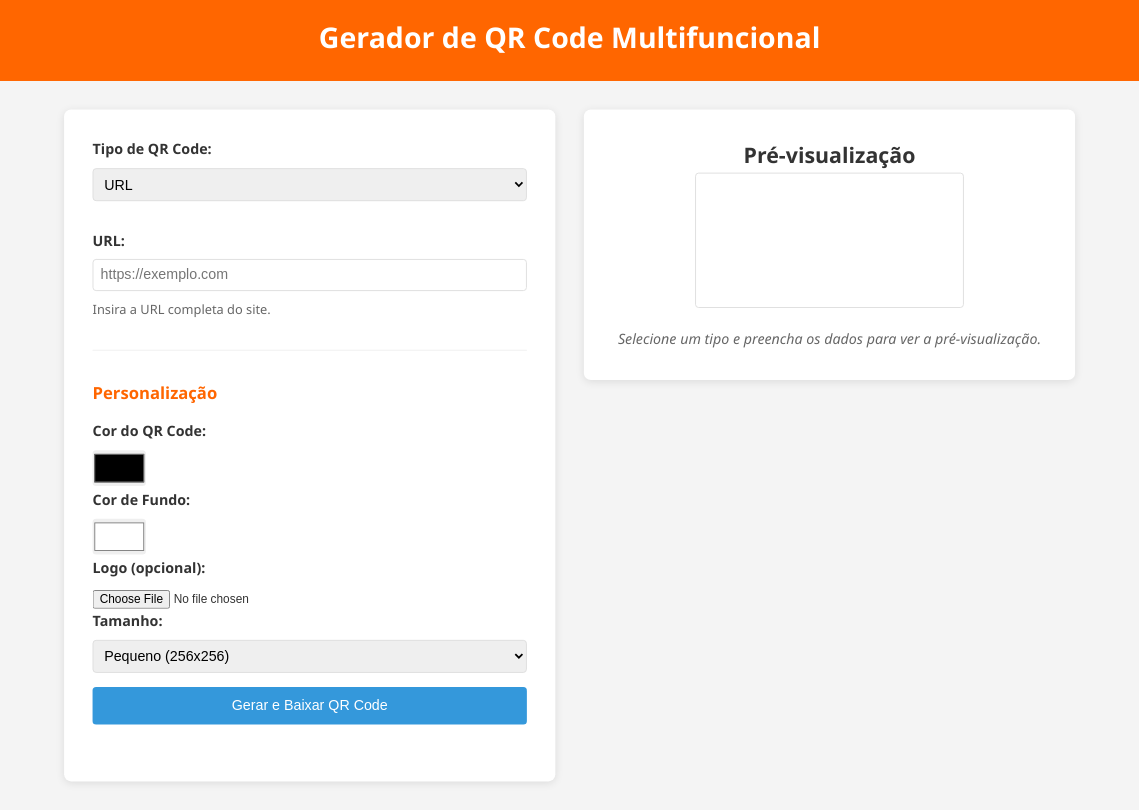
Repository: davyjales/qr-generator-site
Page: public/index.html
These files come from the project's save history. The page is drawn as it stood at one moment and after the next save; the edit follows.
The browser window is 1280 px wide. The pictures show the whole page, at 89% of full size.

Above is the page before, as saved 2025-10-29 20:42:23.

After the next save:
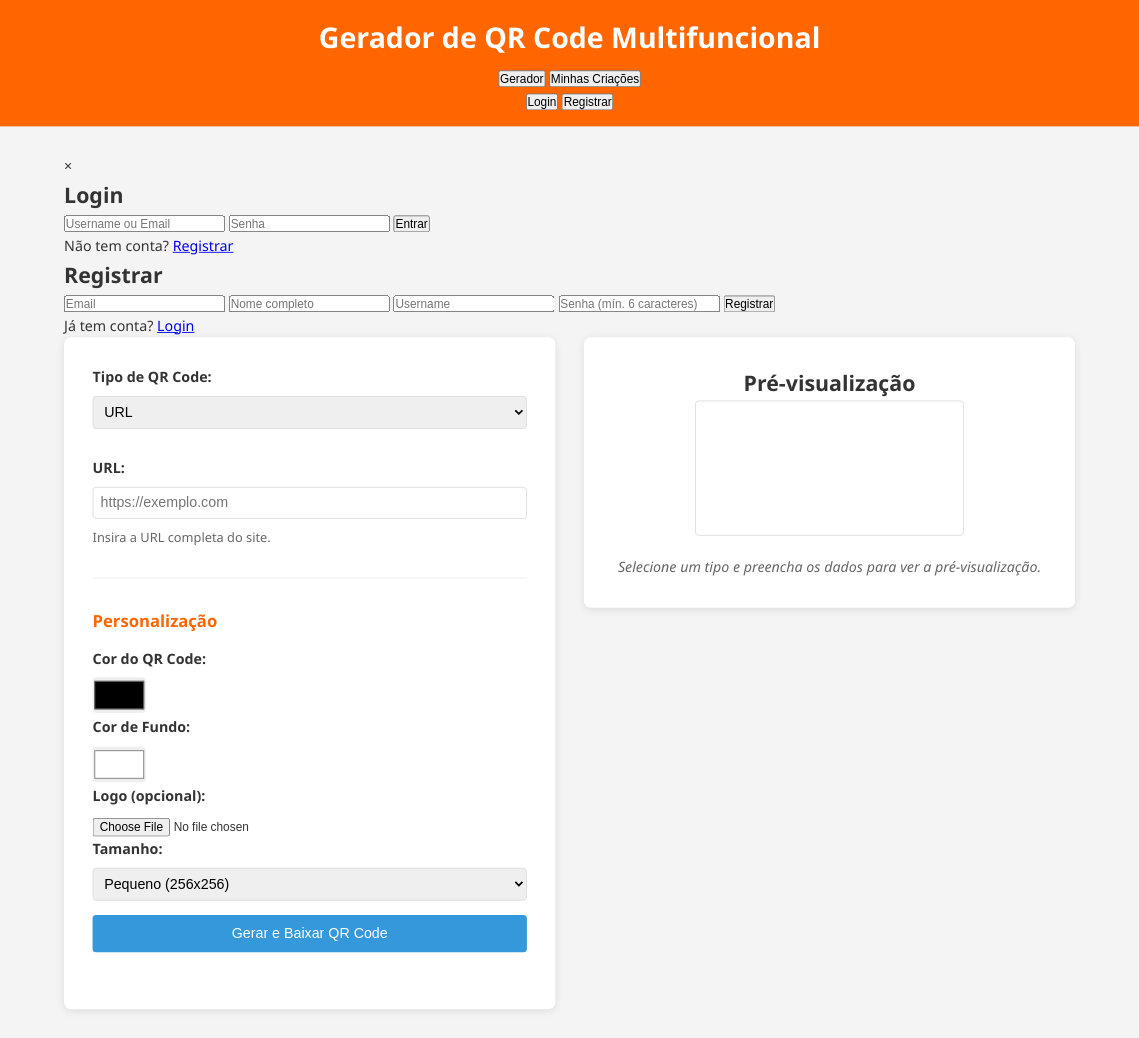
Saved 16 s later.
--- a/public/index.html
+++ b/public/index.html
@@ -10,21 +10,65 @@
 <body>
   <header>
     <h1>Gerador de QR Code Multifuncional</h1>
+    <nav id="main-nav">
+      <button class="nav-btn active" data-tab="generator">Gerador</button>
+      <button class="nav-btn" data-tab="creations">Minhas Criações</button>
+      <div id="auth-section">
+        <button id="login-btn" class="nav-btn">Login</button>
+        <button id="register-btn" class="nav-btn">Registrar</button>
+        <span id="user-info" style="display: none;"></span>
+        <button id="logout-btn" style="display: none;">Logout</button>
+      </div>
+    </nav>
   </header>
 
   <main>
-    <div class="container">
-      <div class="form-section">
-        <div class="type-selector">
-          <label for="qr-type">Tipo de QR Code:</label>
-          <select id="qr-type">
-            <option value="url">URL</option>
-            <option value="vcard">vCard Profissional</option>
-            <option value="file">PDF ou Imagem</option>
-            <option value="text">Texto</option>
-            <option value="wifi">Wi-Fi</option>
-          </select>
+    <!-- Modal de Auth -->
+    <div id="auth-modal" class="modal">
+      <div class="modal-content">
+        <span class="close">&times;</span>
+        <div id="auth-forms">
+          <!-- Login Form -->
+          <div id="login-form" class="auth-form">
+            <h2>Login</h2>
+            <form id="login-form-element">
+              <input type="text" id="login-username" placeholder="Username ou Email" required>
+              <input type="password" id="login-password" placeholder="Senha" required>
+              <button type="submit">Entrar</button>
+            </form>
+            <p>Não tem conta? <a href="#" id="switch-to-register">Registrar</a></p>
+          </div>
+
+          <!-- Register Form -->
+          <div id="register-form" class="auth-form hidden">
+            <h2>Registrar</h2>
+            <form id="register-form-element">
+              <input type="email" id="register-email" placeholder="Email" required>
+              <input type="text" id="register-name" placeholder="Nome completo" required>
+              <input type="text" id="register-username" placeholder="Username" required>
+              <input type="password" id="register-password" placeholder="Senha (mín. 6 caracteres)" required>
+              <button type="submit">Registrar</button>
+            </form>
+            <p>Já tem conta? <a href="#" id="switch-to-login">Login</a></p>
+          </div>
         </div>
+      </div>
+    </div>
+
+    <!-- Aba Gerador -->
+    <div id="generator-tab" class="tab-content">
+      <div class="container">
+        <div class="form-section">
+          <div class="type-selector">
+            <label for="qr-type">Tipo de QR Code:</label>
+            <select id="qr-type">
+              <option value="url">URL</option>
+              <option value="vcard">vCard Profissional</option>
+              <option value="file">PDF ou Imagem</option>
+              <option value="text">Texto</option>
+              <option value="wifi">Wi-Fi</option>
+            </select>
+          </div>
 
         <form id="qr-form">
           <!-- URL Form -->
